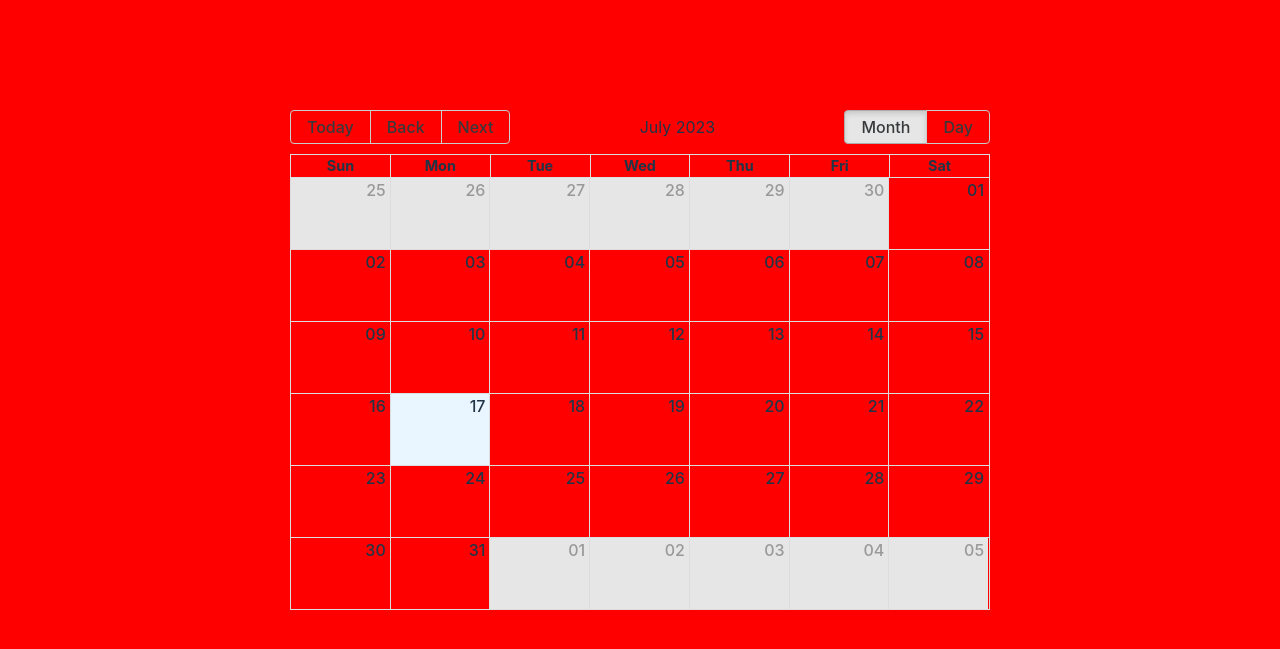
Repository: TetianaMishatkina/Calories-diary
Page: /
These files come from the project's save history. The page is drawn as it stood at one moment and after the next save; the edit follows.
The browser window is 1280 px wide. The pictures show the whole page.
The project was rebuilt for these pictures with package versions that can differ from the ones it lists, and the page was loaded fresh each time. Also part of the build but not shown: vite.config.js, src/components/informationForm/styled.js, src/components/informationForm/index.jsx.

Above is the page before, as saved 2023-07-18 16:53:10.

### src/App.jsx
import { useState } from 'react'
import './App.css'
import { Main } from './pages/main'

function App() {

  return (
    <>

      <Main />

    </>
  )
}

export default App

### src/index.css
:root {
  font-family: Inter, system-ui, Avenir, Helvetica, Arial, sans-serif;
  line-height: 1.5;
  font-weight: 400;


  font-synthesis: none;
  text-rendering: optimizeLegibility;
  -webkit-font-smoothing: antialiased;
  -moz-osx-font-smoothing: grayscale;
  -webkit-text-size-adjust: 100%;
}

a {
  font-weight: 500;
  color: #646cff;
  text-decoration: inherit;
}

a:hover {
  color: #535bf2;
}

body {
  margin: 0;
  display: flex;
  place-items: center;
  min-width: 320px;
  min-height: 100vh;
  background-color: red;
  ;
}

h1 {
  font-size: 3.2em;
  line-height: 1.1;
}

button {
  border-radius: 8px;
  border: 1px solid transparent;
  padding: 0.6em 1.2em;
  font-size: 1em;
  font-weight: 500;
  font-family: inherit;
  background-color: #1a1a1a;
  cursor: pointer;
  transition: border-color 0.25s;
}

button:hover {
  border-color: #646cff;
}

button:focus,
button:focus-visible {
  outline: 4px auto -webkit-focus-ring-color;
}

@media (prefers-color-scheme: light) {
  :root {
    color: #213547;
    background-color: #ffffff;
  }

  a:hover {
    color: #747bff;
  }

  button {
    background-color: #f9f9f9;
  }
}

### src/App.css
#root {
  max-width: 1280px;
  margin: 0 auto;
  padding: 2rem;
  text-align: center;
}

.logo {
  height: 6em;
  padding: 1.5em;
  will-change: filter;
  transition: filter 300ms;
}

.logo:hover {
  filter: drop-shadow(0 0 2em #646cffaa);
}

.logo.react:hover {
  filter: drop-shadow(0 0 2em #61dafbaa);
}

@keyframes logo-spin {
  from {
    transform: rotate(0deg);
  }

  to {
    transform: rotate(360deg);
  }
}

@media (prefers-reduced-motion: no-preference) {
  a:nth-of-type(2) .logo {
    animation: logo-spin infinite 20s linear;
  }
}

.card {
  padding: 2em;
}

.read-the-docs {}

### src/pages/main/index.jsx
import React from 'react';
import { MyCalendar } from '../../components/calendar';

export const Main = () => {
    return (
        <div>
            <MyCalendar />
        </div>
    )
}

### src/components/calendar/index.jsx
import React, { useState } from 'react'
import { momentLocalizer } from 'react-big-calendar'

import moment from 'moment'
import "react-big-calendar/lib/css/react-big-calendar.css";
import { StyledCalendar, StyledModal, StyledContentContainer } from "./styled"
import { InformationForm } from '../informationForm';


const localizer = momentLocalizer(moment)

export const MyCalendar = (props) => {
    const [open, setOpen] = useState(false);
    const [selectedDate, setSelectedDate] = useState(null);

    const handleSlotSelect = (slotInfo) => {
        setSelectedDate(slotInfo.start);
        setOpen(true);
    };

    const handleClose = () => {
        setOpen(false);
    }

    return (
        <StyledContentContainer>
            <StyledCalendar
                localizer={localizer}
                events={[]}
                startAccessor="start"
                endAccessor="end"
                style={{ height: 500, width: 700 }}
                views={['month', 'day']}
                onSelectSlot={handleSlotSelect}
                selectable
            />
            <StyledModal
                open={open}
                onClose={handleClose}>
                <InformationForm />
            </StyledModal>
        </StyledContentContainer>
    )
}

### src/components/calendar/styled.js
import styled from 'styled-components/macro'
import { Calendar } from 'react-big-calendar'
import { Modal } from "@material-ui/core";

export const StyledCalendar = styled(Calendar)`
cursor: pointer;
`

export const StyledModal = styled(Modal)`
width: 800px;
height: 700px;
border:2px solid black;
margin: auto;

`

export const StyledContentContainer = styled.div`


`

Loaded but not shown: index.html (common file); src/main.jsx (common file)

After the next save:
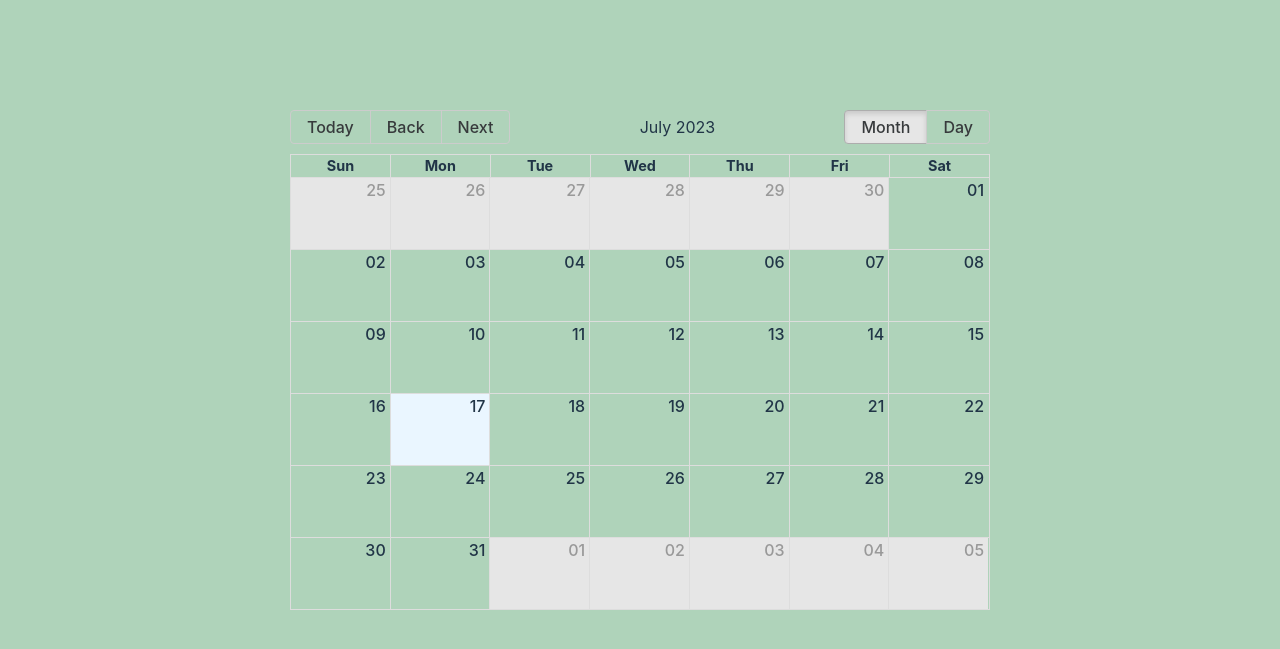
Saved 48 s later.
--- a/src/index.css
+++ b/src/index.css
@@ -27,7 +27,8 @@ body {
   place-items: center;
   min-width: 320px;
   min-height: 100vh;
-  background-color: red;
+  background-color: #afd3ba;
+  ;
   ;
 }
 
